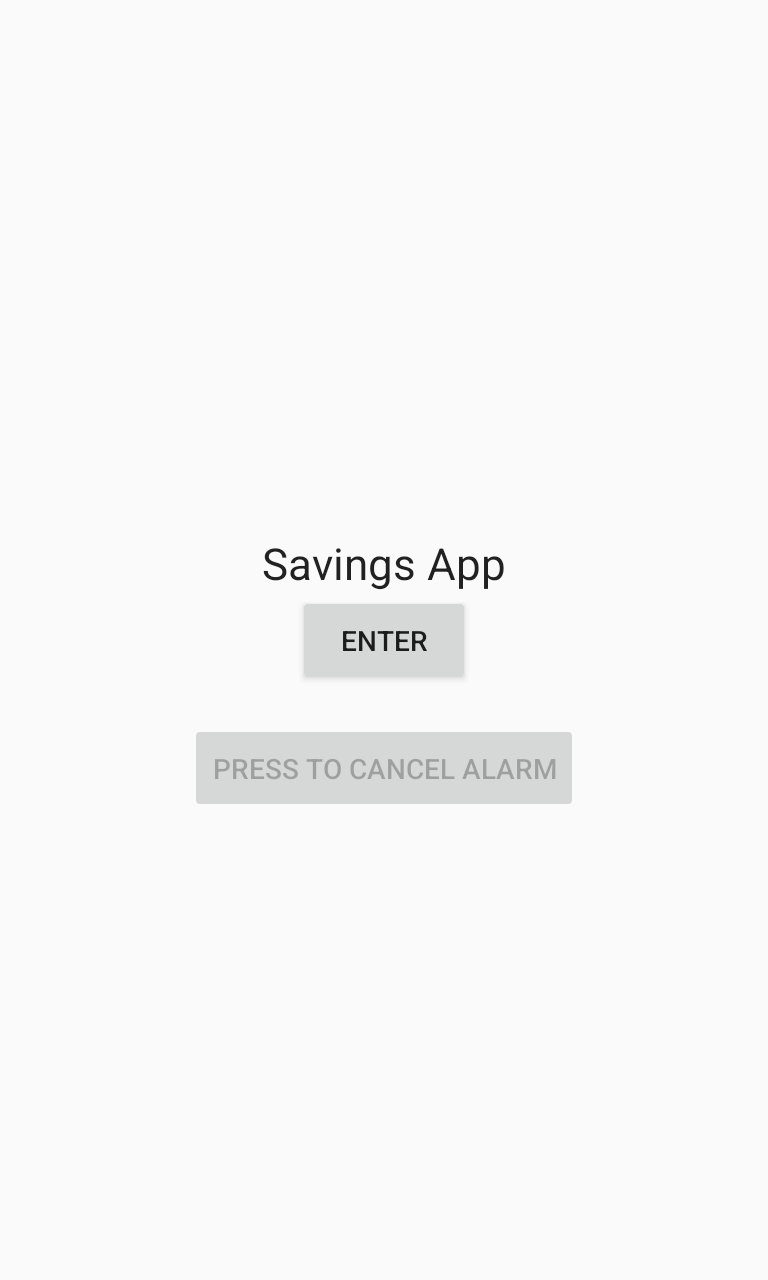
Repository: japheth-starita/SavingsApp
Layout: SavingsApp/res/layout/activity_main.xml
An editor plug-in stored every save of this project. The layout is shown before and after the next save, followed by the edit.
It is drawn on a 768 x 1280 px phone screen (xhdpi) without system bars, with theme AppTheme; the app's code is not run.

Above is the layout before, as saved 2016-02-27 09:32:51.

After the next save:
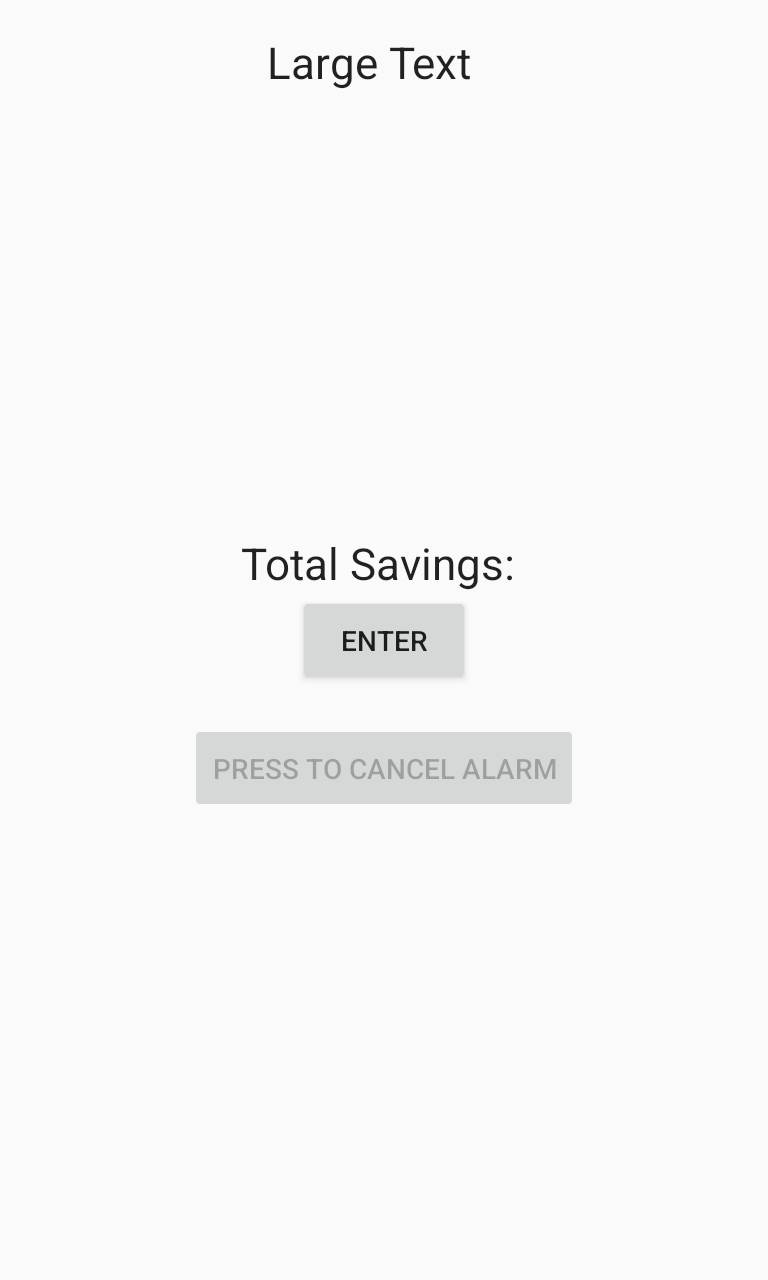
Saved 41 s later.
--- a/SavingsApp/res/layout/activity_main.xml
+++ b/SavingsApp/res/layout/activity_main.xml
@@ -9,12 +9,12 @@
     tools:context="com.cobaltsteel.savingsapp.MainActivity" >
 
     <TextView
-        android:id="@+id/textView1"
+        android:id="@+id/txtSavings"
         android:layout_width="wrap_content"
         android:layout_height="wrap_content"
         android:layout_above="@+id/btnStart"
         android:layout_centerHorizontal="true"
-        android:text="Savings App"
+        android:text="Total Savings: "
         android:textAppearance="?android:attr/textAppearanceLarge" />
 
     <Button
@@ -35,6 +35,16 @@
         android:layout_marginTop="16dp"
         android:enabled="false"
         android:onClick="cancelAlarm"
-        android:text="Press to Cancel Alarm"/>"
+        android:text="Press to Cancel Alarm"/>
+
+    <TextView
+        android:id="@+id/textView2"
+        android:layout_width="wrap_content"
+        android:layout_height="wrap_content"
+        android:layout_alignParentTop="true"
+        android:layout_alignRight="@+id/btnStart"
+        android:text="Large Text"
+        android:textAppearance="?android:attr/textAppearanceLarge" />
+"
 
 </RelativeLayout>
